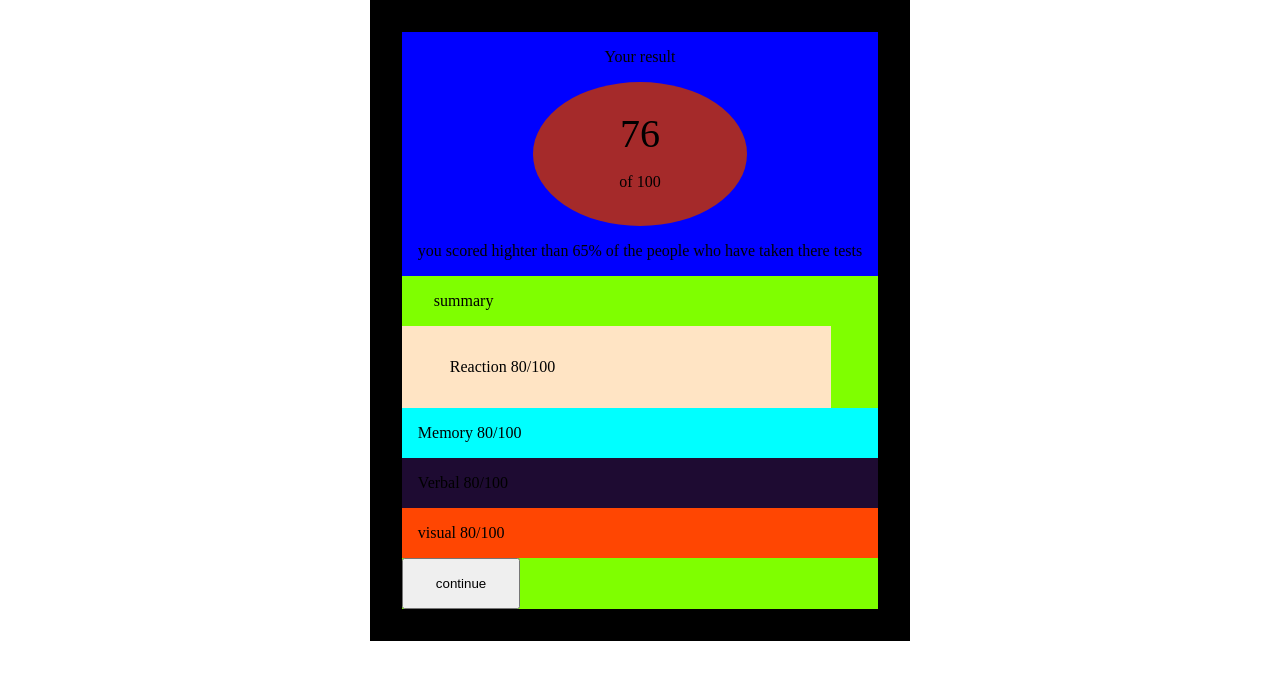
Repository: rahanwz/Card2-raha
Page: card2.html
These files come from the project's save history. The page is drawn as it stood at one moment and after the next save; the edit follows.
The browser window is 1280 px wide. The pictures show the whole page.

Above is the page before, as saved 2024-02-19 23:50:22.

### card2.html
<!DOCTYPE html>
<html lang="en">
  <head>
    <meta charset="UTF-8" />
    <meta name="viewport" content="width=device-width, initial-scale=1.0" />
    <title>Document</title>
    <link rel="stylesheet" href="card2.css" />
  </head>
  <body>
    <div class="container">
      <div class="card_container">
        <div class="top_card">
          <p>Your result</p>
          <div class="present">
           <p>76</p><p>of 100</p>
          </div>
          <p class="describ">
            you scored highter than 65% of the people who have taken there tests
          </p>
        </div>
        <div class="bottom_card">
          <p>summary</p>
          <div class="box box1"><p>Reaction 80/100</p></div>
          <div class="box box2">Memory 80/100</div>
          <div class="box box3">Verbal 80/100</div>
          <div class="box box4">visual 80/100</div>
          <div class="box5"><button>continue</button></div>
        </div>
      </div>
    </div>
  </body>
</html>

### card2.css
* {
  padding: 0;
  margin: 0;
  box-sizing: border-box;
}
body {
  display: flex;
  justify-content: center;
}
.container {
  background-color: black;
  padding: 2rem;
}
.card_container {
  background-color: aquamarine;
}
.card_container {
  text-align: center;
}

.top_card :first-child {
  padding: 1rem;
}
.present :first-child {
  font-size: 2.5rem;
  padding-top: 1.75rem;
}

.present {
  background-color: #f57d1f;
  height: 20vh;
  width: 45%;
  border-radius: 100%;
  background-color: brown;
  margin: auto;
}

.describ {
  padding: 1rem;
}

.top_card {
  background-color: blue;
}

.bottom_card :first-child {
  padding: 1rem 2rem;
  display: flex;
}

.bottom_card {
  background-color: chartreuse;
  height: 100%;
}

.bottom_card .box {
  display: flex;
  padding: 1rem;
}

.box1 {
  background-color: bisque;
  width: 90%;
}

.box2 {
  background-color: cyan;
}

.box3 {
  background-color: rgb(30, 11, 50);
}

.box4 {
  background-color: rgb(255, 70, 2);
}

After the next save:
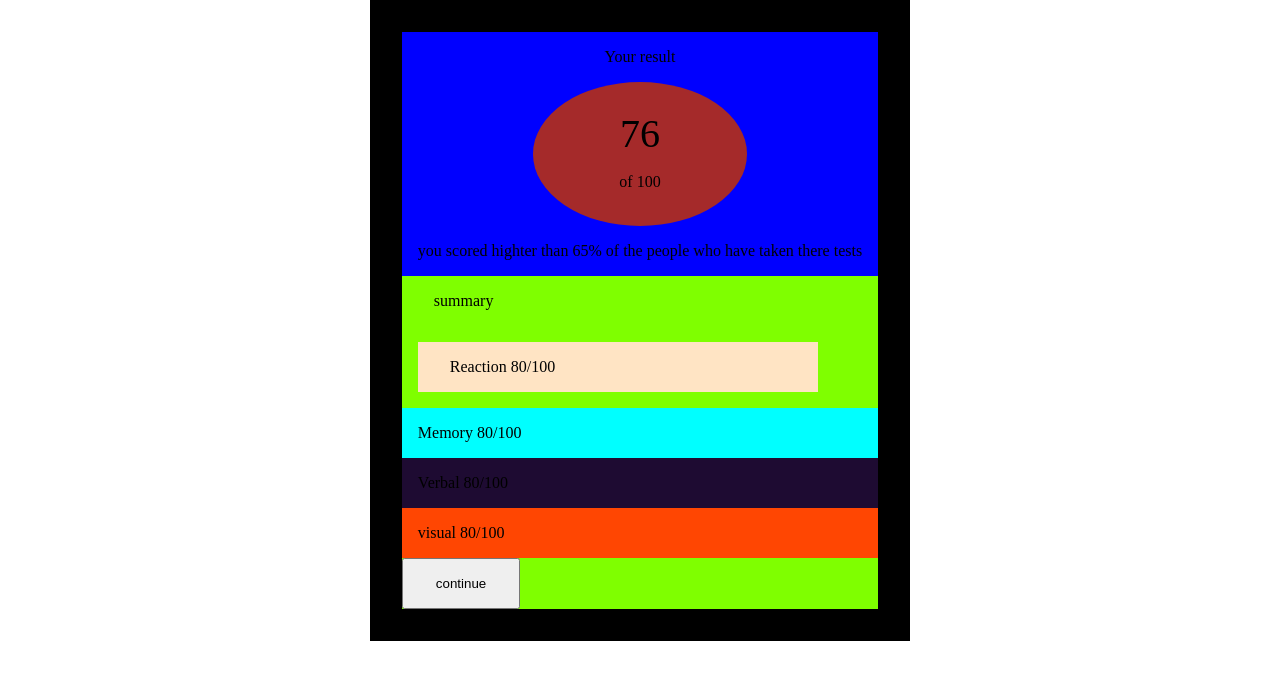
Saved 11 s later.
--- a/card2.css
+++ b/card2.css
@@ -58,7 +58,7 @@ body {
   padding: 1rem;
 }
 
-.box1 {
+.box1 p{
   background-color: bisque;
   width: 90%;
 }
